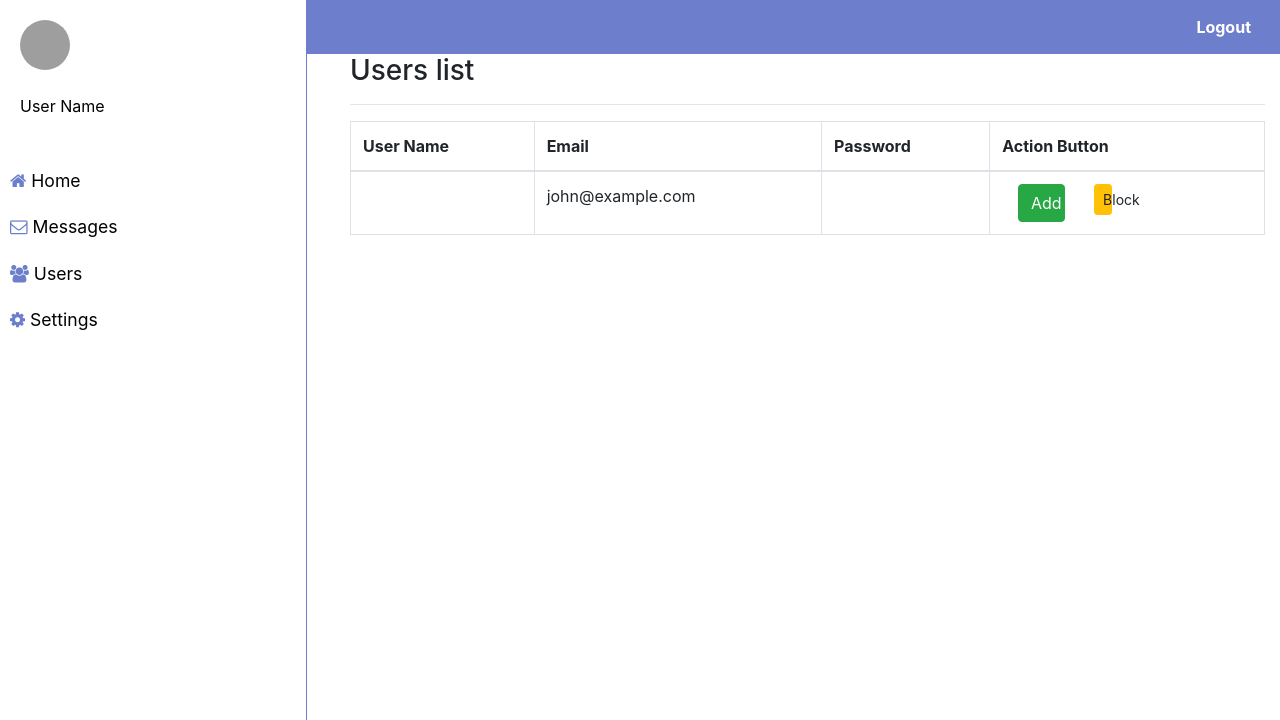
Repository: Evelyn-kate/chatapp-frontend-backend
Page: /users (app in my-app/)
The author's editor kept a copy of each file at every save. The page is drawn from the files as they stood at one save, then again after the next save.
The browser window is 1280 px wide. The pictures show the whole page.
Pictures or frames that could not be fetched are drawn as grey boxes. Some web libraries are served in a nearby version. The project was rebuilt for these pictures with package versions that can differ from the ones it lists, and the page was loaded fresh each time. Also part of the build but not shown: my-app/src/components/WelcomeComponent.jsx, my-app/src/components/LoginComponent.jsx, my-app/src/components/WelcomedComponent.jsx, my-app/src/components/SettingsComponent.jsx, my-app/src/components/MessageComponent.jsx, my-app/src/components/AddComponent.jsx.

Above is the page before, as saved 2020-11-13 15:04:33.

### my-app/public/index.html
<!DOCTYPE html>
<html lang="en">

<head>
    <meta charset="utf-8" />
    <link rel="icon" href="%PUBLIC_URL%/favicon.ico" />
    <link rel="stylesheet" href="https://stackpath.bootstrapcdn.com/bootstrap/4.4.1/css/bootstrap.min.css" integrity="sha384-Vkoo8x4CGsO3+Hhxv8T/Q5PaXtkKtu6ug5TOeNV6gBiFeWPGFN9MuhOf23Q9Ifjh" crossOrigin="anonymous">
    <meta name="viewport" content="width=device-width, initial-scale=1" />
    <meta name="theme-color" content="#000000" />
    <meta name="description" content="Web site created using create-react-app" />
    <link rel="apple-touch-icon" href="%PUBLIC_URL%/logo192.png" />
    <link rel="stylesheet" href="https://cdnjs.cloudflare.com/ajax/libs/font-awesome/4.7.0/css/font-awesome.min.css" />

    <!--
      manifest.json provides metadata used when your web app is installed on a
      user's mobile device or desktop. See https://developers.google.com/web/fundamentals/web-app-manifest/
    -->
    <link rel="manifest" href="%PUBLIC_URL%/manifest.json" />
    <!--
      Notice the use of %PUBLIC_URL% in the tags above.
      It will be replaced with the URL of the `public` folder during the build.
      Only files inside the `public` folder can be referenced from the HTML.

      Unlike "/favicon.ico" or "favicon.ico", "%PUBLIC_URL%/favicon.ico" will
      work correctly both with client-side routing and a non-root public URL.
      Learn how to configure a non-root public URL by running `npm run build`.
    -->
    <title>React App</title>
</head>

<body>
    <noscript>You need to enable JavaScript to run this app.</noscript>

    <script src="https://code.jquery.com/jquery-3.4.1.slim.min.js" integrity="sha384-J6qa4849blE2+poT4WnyKhv5vZF5SrPo0iEjwBvKU7imGFAV0wwj1yYfoRSJoZ+n" crossOrigin="anonymous"></script>
    <script src="https://cdn.jsdelivr.net/npm/popper.js@1.16.0/dist/umd/popper.min.js" integrity="sha384-Q6E9RHvbIyZFJoft+2mJbHaEWldlvI9IOYy5n3zV9zzTtmI3UksdQRVvoxMfooAo" crossOrigin="anonymous"></script>
    <script src="https://stackpath.bootstrapcdn.com/bootstrap/4.4.1/js/bootstrap.min.js" integrity="sha384-wfSDF2E50Y2D1uUdj0O3uMBJnjuUD4Ih7YwaYd1iqfktj0Uod8GCExl3Og8ifwB6" crossOrigin="anonymous"></script>
    <!-- <script src="https://facebook.github.io/react/js/jsfiddle-integration-babel.js"></script> -->
    <script src="https://ajax.googleapis.com/ajax/libs/jquery/1.11.1/jquery.min.js"></script>
    <script src="https://unpkg.com/axios/dist/axios.min.js"></script>

    <div id="root"></div>
    <!--
      This HTML file is a template.
      If you open it directly in the browser, you will see an empty page.

      You can add webfonts, meta tags, or analytics to this file.
      The build step will place the bundled scripts into the <body> tag.

      To begin the development, run `npm start` or `yarn start`.
      To create a production bundle, use `npm run build` or `yarn build`.
    -->
</body>

</html>

### my-app/src/index.js
import React from 'react';
import ReactDOM from 'react-dom';
import IndexComponent from './components/IndexComponent.jsx';
import './index.css';
import 'bootstrap/dist/css/bootstrap.min.css';
import './Login.scss';



ReactDOM.render( <
    IndexComponent / > ,
    document.getElementById('root')
);

### my-app/src/components/IndexComponent.jsx
import React from 'react';

import { BrowserRouter, Switch, Route } from 'react-router-dom';

import WelcomeComponent from './WelcomeComponent';

import LoginComponent from './LoginComponent';
import WelcomedComponent from './WelcomedComponent';
import UserComponent from './UserComponent';
import SettingsComponent from './SettingsComponent';
import MessageComponent from './MessageComponent';
import AddComponent from './AddComponent';


class IndexComponent extends React.Component {
    render() {
        return (
            <BrowserRouter>
                <Switch>
                    <Route exact path="/" component={LoginComponent} />
                    <Route path="/welcome/username" component={WelcomeComponent} />
                    <Route exact path="/logout" component={LoginComponent} />
                    <Route exact path="/welcome/admin" component={WelcomedComponent} />
                    <Route exact path="/users" component={UserComponent} />
                    <Route exact path="/users/add" component={AddComponent} />
                    <Route exact path="/settings" component={SettingsComponent} />
                    <Route exact path="/messages" component={MessageComponent} />
                </Switch>
            </BrowserRouter>
        );
    }
}
export default IndexComponent;

### my-app/src/Login.scss
/* styling the login page*/


/* form {
    border: 3px solid #7c84ec;
    position: absolute;
    background: blue;
} */

.form-login {
    background-color: #318CE7;
    border: 3px solid #7c84ec;
    position: absolute;
}

.box-login {
    padding-top: 50px;
}

button {
    background-color: #dbf113;
    color: white;
    padding: 14px 20px;
    margin: 8px 0;
    border: none;
    cursor: pointer;
    width: 75%;
    float: right;
}

button:hover {
    opacity: 0.8;
}

button.logout {
    width: initial;
    color: #fff
}

// css avatar
.avatar {
    vertical-align: middle;
    width: 50px;
    height: 50px;
    border-radius: 50%;
}

span.psw {
    float: left;
    //padding-top: 16px;
}

.btn btn-outline-success my-2 my-sm-0 {
    width: 40%;
    padding-block: 80px;
}

// Welcome style
.main-text {
    display: flex;
    min-height: 80vh;
    align-items: center;
    justify-content: center;
}


/*my style sidebar start*/

.wrapper {
    display: flex;
    width: 100%;
    align-items: stretch;
    overflow-x: hidden;
    overflow-y: auto;
}

a[data-toggle="collapse"] {
    position: relative;
}

.dropdown-toggle::after {
    display: block;
    position: absolute;
    top: 50%;
    right: 20px;
    transform: translateY(-50%);
}

@media (max-width: 700px) {
    #sidebar {
        margin-left: -250px;
    }
    #sidebar.active {
        margin-left: 0;
    }
}


/*
    ADDITIONAL DEMO STYLE, NOT IMPORTANT TO MAKE THINGS WORK BUT TO MAKE IT A BIT NICER :)
*/

///@import "https://fonts.googleapis.com/css?family=Poppins:300,400,500,600,700";
body {
    font-family: 'Poppins', sans-serif;
    background: #fafafa;
    overflow: scroll;
}

p {
    font-family: 'Poppins', sans-serif;
    font-size: 1.1em;
    font-weight: 300;
    line-height: 1.7em;
    color: #000;
}

a,
a:hover,
a:focus {
    color: inherit;
    text-decoration: none;
    transition: all 0.3s;
}

#sidebar {
    /* don't forget to add all the previously mentioned styles here too */
    background: #fff;
    color: #000;
    transition: all 0.3s;
    height: 100%;
    width: 24%;
    position: fixed;
    //min-height: 1000px;
    z-index: 999;
    overflow: auto;
    top: 0;
    bottom: 0px;
    left: 0;
    border-right: 1px solid #6d7fcc;
}

#sidebar .sidebar-header {
    padding: 20px;
    background: #fff;
}

#sidebar ul.components {
    padding: 20px 0;
    //  border-bottom: 1px solid #47748b;
}

#sidebar ul p {
    color: #fff;
    padding: 10px;
}

#sidebar ul li a {
    padding: 10px;
    font-size: 1.1em;
    display: block;
    text-decoration: none;
    color: #000;
}

#sidebar ul li a:hover {
    color: #000;
    background: #cecece;
}

#sidebar ul li.active>a,
a[aria-expanded="true"] {
    color: #000;
    background: #cecece;
}

ul ul a {
    font-size: 0.9em !important;
    padding-left: 30px !important;
    background: #fff;
}


/*my style sidebar end*/

.navbarr {
    background-color: #6d7fcc;
    padding-left: 0%;
}

.navbardiv {
    margin-left: -30px;
}

.fa {
    color: #6d7fcc;
}


/* Add media queries for small screens (when the height of the screen is less than 450px, add a smaller padding and font-size) */


/* @media screen and (max-height: 450px) {
    .sidebar {
        padding-top: 15px;
    }
    .sidebar a {
        font-size: 18px;
    }
}
 */


/*message start style*/

.container1 {
    border: 2px solid #dedede;
    background-color: #fff;
    border-radius: 5px;
    padding: 10px;
    margin: 10px 10px 10px 10px;
}


/* Darker chat container */

.darker {
    border-color: #ccc;
    background-color: #ddd;
}


/* Clear floats */

.container1::after {
    content: "";
    clear: both;
    display: table;
}


/* Style time text */

.time-right {
    float: right;
    color: #aaa;
}


/* Style time text */

.time-left {
    float: left;
    color: #999;
}

.publisher {
    position: relative;
    display: -webkit-box;
    display: flex;
    -webkit-box-align: center;
    align-items: center;
    padding: 12px 20px;
    background-color: #f9fafb
}

.publisher>*:first-child {
    margin-left: 0
}

.publisher>* {
    margin: 0 8px
}

.publisher-input {
    -webkit-box-flex: 1;
    flex-grow: 1;
    border: none;
    outline: none !important;
    background-color: transparent
}

.publisher-btn {
    background-color: transparent;
    border: none;
    color: #8b95a5;
    font-size: 16px;
    cursor: pointer;
    overflow: -moz-hidden-unscrollable;
    -webkit-transition: .2s linear;
    transition: .2s linear
}

.file-group input[type="file"] {
    position: absolute;
    opacity: 0;
    z-index: -1;
    width: 20px
}

.text-info {
    color: #48b0f7;
}


/* Style message avatar */

.container1 img {
    float: left;
    max-width: 60px;
    width: 100%;
    margin-right: 20px;
    border-radius: 50%;
}


/* Style the right image */

.container1 img.right {
    float: right;
    margin-left: 20px;
    margin-right: 0;
}


/*message styles end*/

@import "~bootstrap/scss/bootstrap";

### my-app/src/components/UserComponent.jsx
import React from 'react';
import NavComponent from './NavComponent';
import SideComponent from './SideComponent';



class UserComponent extends React.Component {
    // logout() {
    //     this.props.history.push('/logout');
    // }
    render() {
        const { username } = this.props.match.params;
        console.log(username);
        return (
            <div>

                <div className="container-fluid">
                    <div className="row">
                        {/* <!-- The sidebar --> */}
                        <div className="col-3">
                            <div>
                                <SideComponent />
                            </div>
                        </div>

                        <div className="col-9 pr-0">
                            {/*navbar component*/}
                            <NavComponent history={this.props.history} />


                            <div className="container">
                                <div className="panel panel-info">
                                    <div className="panel-heading">
                                        <h3> Users list</h3>
                                        <hr />
                                    </div>

                                    <div className="panel-body">


                                        <table className="table table-bordered" id="example">
                                            <thead>
                                                <tr>
                                                    <th>User Name</th>
                                                    <th>Email</th>
                                                    <th>Password</th>
                                                    <th>Action Button</th>
                                                </tr>
                                            </thead>
                                            <tbody>
                                                <tr>
                                                    <td></td>
                                                    <td>john@example.com</td>
                                                    <td></td>
                                                    <td>
                                                        <div className="row">
                                                            <div className="col-4">
                                                                <button className="btn btn-success">Add<a href="/users/add"></a></button>
                                                            </div>
                                                            <div className="col-2">
                                                                <button className="btn btn-sm btn-warning">Block</button>
                                                            </div>
                                                        </div>
                                                    </td>
                                                </tr>

                                            </tbody>
                                        </table>

                                    </div>
                                </div>
                            </div>

                        </div>

                    </div>
                </div>
            </div>
        );
    }
}

export default UserComponent;

### my-app/src/components/NavComponent.jsx
import React from 'react';

class NavComponent extends React.Component{
    logout = () => {
        this.props.history.push('/logout');
    }
    render () {
        return (
            <div className="navbardiv">
                <nav className="navbar navbarr justify-content-end navbar-expand-lg">
                    <button className="btn btn-default logout" type="submit" onClick={this.logout}> <b>Logout</b></button>
                </nav>
            </div>
        );

    }
}
export default NavComponent;

### my-app/src/components/SideComponent.jsx
import React from 'react';

class SideComponent extends React.Component {
    render() {
        return (
            /*             <div class="sidebar">
                        <img src="/images/User_Avatar_2.png" alt="Avatar" className="avatar"/>
                        <h1>Username</h1>
                        <h4>User@worldvoice.eu</h4>
                        <a href="#home"><i className="fa fa-fw fa-envelope"></i>Messages</a>
                        <a href="#clients"><i className="fa fa-fw fa-user"></i> Users</a>
                        <a href="#contact"><i className="fa fa-fw fa-cog"></i>Settings</a>
                     </div>*/


            <nav id="sidebar">
                <div className="sidebar-header">
                    <div>
                        <img src="images/User.jpg" alt="Avatar" className="avatar" />
                    </div>
                    <br />
                    <span>User Name</span>

                </div>

                <ul className="list-unstyled components">
                    <li>

                        <a href=" http://localhost:3000/welcome/username">
                            <i className="fa fa-home" aria-hidden="true"></i>     Home
                         </a>
                    </li>

                    <li>

                        <a href=" http://localhost:3000/messages">
                            <i className="fa fa-envelope-o" aria-hidden="true"></i>     Messages
                </a>
                    </li>

                    <li>
                        <a href=" http://localhost:3000/users"><i className="fa fa-users" aria-hidden="true"></i>     Users</a>
                    </li>
                    <li>
                        <a href=" http://localhost:3000/settings"><i className="fa fa-cog" aria-hidden="true"></i>     Settings</a>
                    </li>
                </ul>
            </nav>




        );


    }

}
export default SideComponent;

Loaded but not shown: my-app/src/index.css (common file)

After the next save:
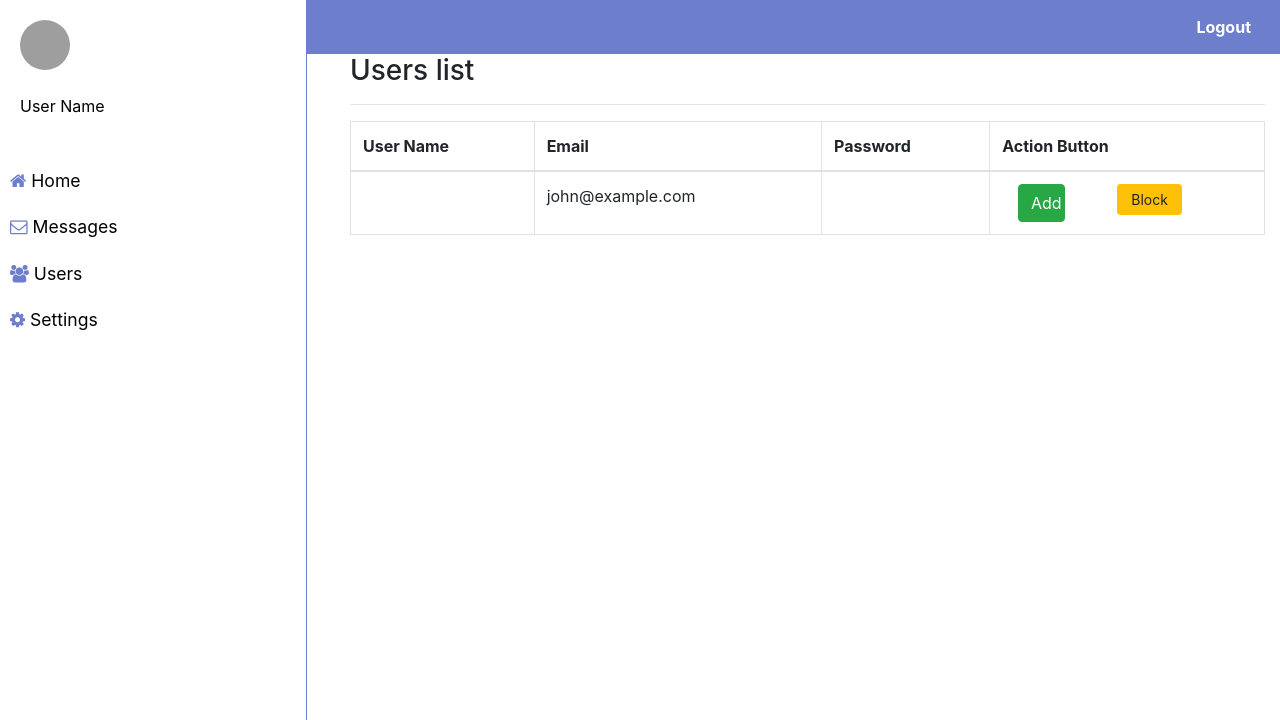
Saved 20 s later.
--- a/my-app/src/components/UserComponent.jsx
+++ b/my-app/src/components/UserComponent.jsx
@@ -57,7 +57,7 @@ class UserComponent extends React.Component {
                                                             <div className="col-4">
                                                                 <button className="btn btn-success">Add<a href="/users/add"></a></button>
                                                             </div>
-                                                            <div className="col-2">
+                                                            <div className="col-5">
                                                                 <button className="btn btn-sm btn-warning">Block</button>
                                                             </div>
                                                         </div>
